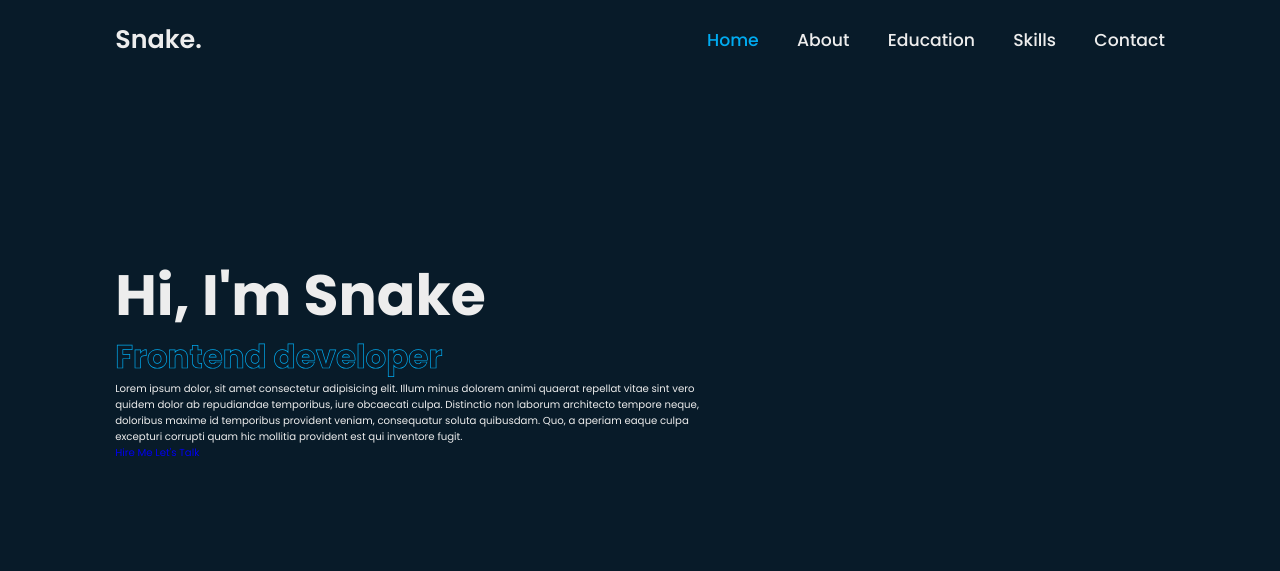
Repository: Tanty102/About_Me
Page: index.html
An editor plug-in stored every save of this project. The page is shown before and after a run of saves, followed by the edit.
The browser window is 1280 px wide. The pictures show the whole page.

Above is the page before, as saved 2023-09-12 16:41:20.

### index.html
<!DOCTYPE html>
<html lang="en">
  <head>
    <meta charset="UTF-8" />
    <meta name="viewport" content="width=device-width, initial-scale=1.0" />
    <link rel="stylesheet" href="style.css" />
    <title>CV Snake</title>
  </head>

  <!-- box icons -->
  <link href='https://unpkg.com/boxicons@2.1.4/css/boxicons.min.css' rel='stylesheet'>
  <body>
    <!-- Header design -->
    <header class="header">
      <a href="#" class="logo">Snake.</a>

      <div class="bx bx-menu" id="menu-icon"></div>

      <nav class="navbar">
        <a href="#home" class="active">Home</a>
        <a href="#about">About</a>
        <a href="#education">Education</a>
        <a href="#skills">Skills</a>
        <a href="#contact">Contact</a>
      </nav>
    </header>

    <!-- home section design -->
    <section class="home" id="home">
      <div class="home-content">
        <h1>Hi, I'm <span>Snake</span></h1>
        <div class="text-animate">
          <h3>Frontend developer</h3>
        </div>
        <p>Lorem ipsum dolor, sit amet consectetur adipisicing elit. Illum minus dolorem animi quaerat repellat vitae sint vero quidem dolor ab repudiandae temporibus, iure obcaecati culpa. Distinctio non laborum architecto tempore neque, doloribus maxime id temporibus provident veniam, consequatur soluta quibusdam. Quo, a aperiam eaque culpa excepturi corrupti quam hic mollitia provident est qui inventore fugit.</p>

        <div class="btn-box">
          <a href="#" class="btn">Hire Me</a>
          <a href="#" class="btn">Let's Talk</a>
        </div>
      </div>
    </section>

    <script src="main.js"></script>
  </body>
</html>

### style.css
@import url("https://fonts.googleapis.com/css2?family=Poppins:wght@300;400;500;600;700;800;900&display=swap");

* {
  margin: 0;
  padding: 0;
  box-sizing: border-box;
  text-decoration: none;
  border: none;
  outline: none;
  scroll-behavior: smooth;
  font-family: "Poppins", sans-serif;
}

:root {
  --bg-color: #081b29;
  --second-bg-color: #112e42;
  --text-color: #ededed;
  --main-color: #00abf0;
}

html {
  font-size: 63.5%;
  overflow-x: hidden;
}

body {
  background: var(--bg-color);
  color: var(--text-color);
}

.header {
  position: fixed;
  top: 0;
  left: 0;
  width: 100%;
  padding: 2rem 9%;
  background: transparent;
  display: flex;
  justify-content: space-between;
  align-items: center;
  z-index: 100;
}

.logo {
  font-size: 2.5rem;
  color: var(--text-color);
  font-weight: 600;
}

.navbar a {
  font-size: 1.7rem;
  color: var(--text-color);
  font-weight: 500;
  margin-left: 3.5rem;
  transition: 0.3s;
}

.navbar a:hover,
.navbar a.active{
  color: var(--main-color);
}

#menu-icon {
  font-size: 3.6rem;
  color: var(--text-color);
  cursor: pointer;
  display: none;
}

section {
  min-height: 100vh;
  padding: 10rem 9% 2rem;
}

.home {
  display: flex;
  align-items: center;
  padding: 0 9%;
}

.home-content {
  max-width: 60rem;
}

.home-content h1 {
  font-size: 5.6rem;
  font-weight: 700;
  line-height: 1.3;
}

.home-content .text-animate {
  position: relative;
  width: 32.8rem;
}

.home-content .text-animate h3 {
  font-size: 3.2rem;
  font-weight: 700;
  color: transparent;
  -webkit-text-stroke: 0.7px var(--main-color);
}

.home-content p {
  font-size: ;
}

Loaded but not shown: main.js (no copy from this time; the picture is the same without it)

After the next 4 saves:
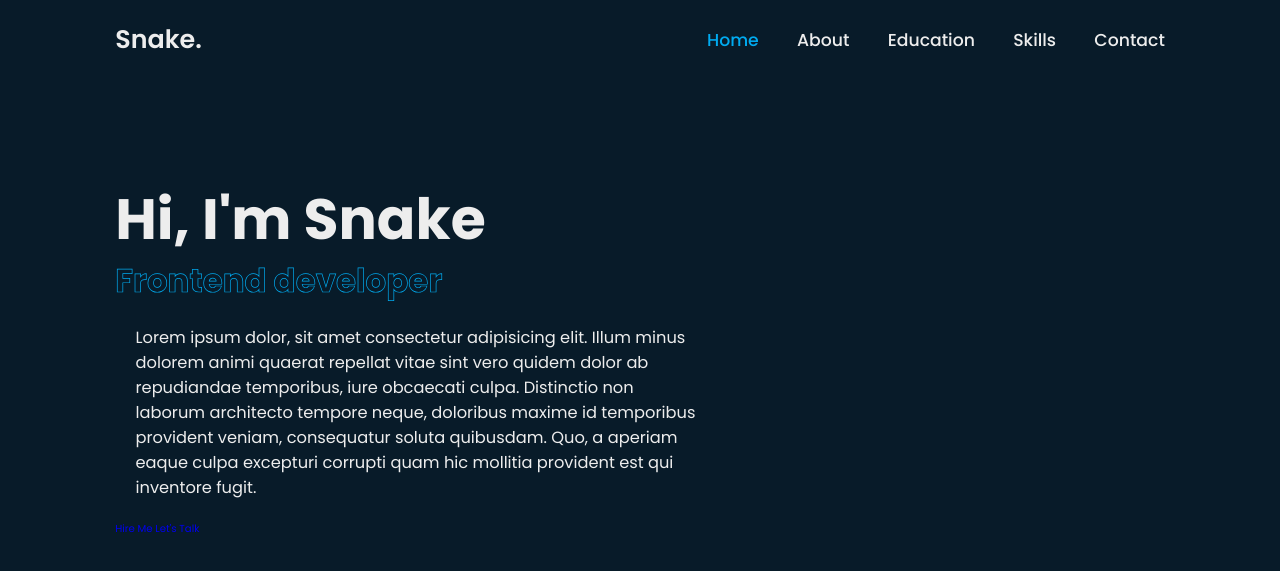
The 4 saves are shown as one change because they came seconds apart.
The last was saved 9 s later.
--- a/style.css
+++ b/style.css
@@ -101,5 +101,6 @@ section {
 }
 
 .home-content p {
-  font-size: ;
+  font-size: 1.6rem;
+  margin: 2rem ;
 }
